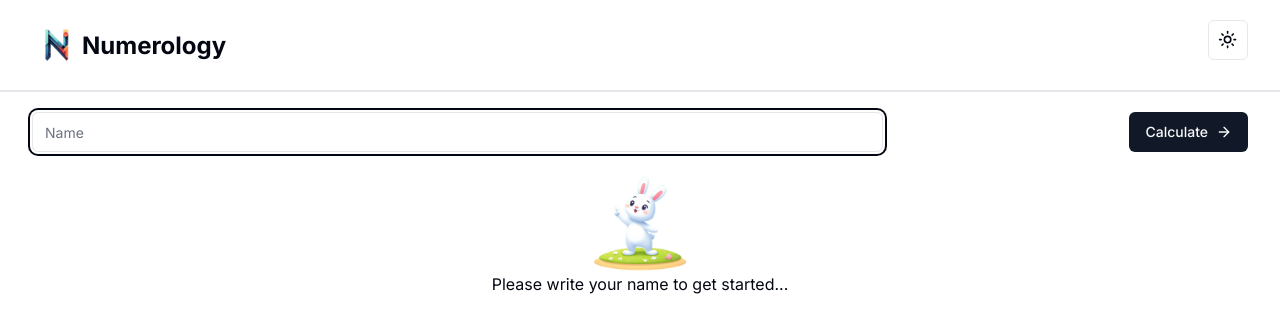
Repository: RaghunadhSahitDruvam/mynumerology
Page: /
These files come from the project's save history. The page is drawn as it stood at one moment and after the next save; the edit follows.
The browser window is 1280 px wide. The pictures show the whole page.
The page's requests for data from a server got no answer. The project was rebuilt for these pictures with package versions that can differ from the ones it lists, and the page was loaded fresh each time. The framework's server and built-in components were replaced by stand-ins that run in the browser. No one was signed in, and anything a server would have sent is missing. Also part of the build but not shown: next.config.js.

Above is the page before, as saved 2023-12-19 16:12:40.

After the next save:
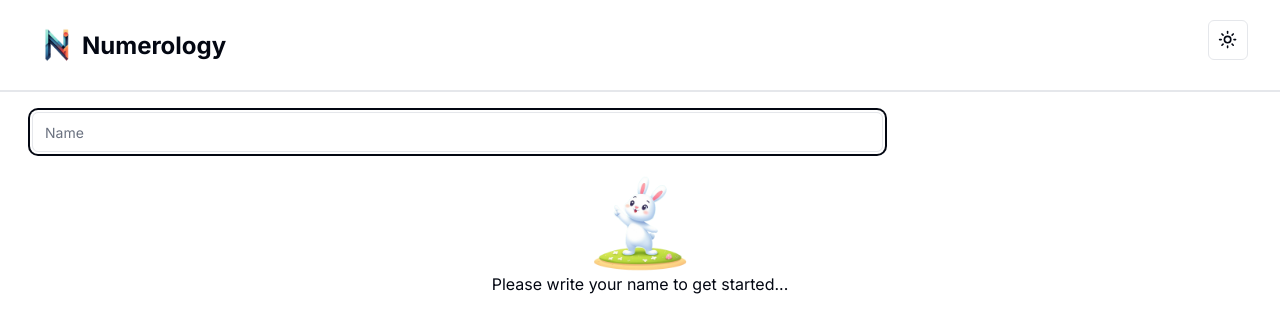
Saved 2 min 34 s later.
--- a/app/page.tsx
+++ b/app/page.tsx
@@ -40,14 +40,14 @@
   useEffect(() => {
     inputFocusRef.current.focus();
 
-    buttonRef.current.click();
+    // buttonRef.current.click();
   }, []);
-  const submitHandler = (e: React.FormEvent<HTMLFormElement>) => {
-    e.preventDefault();
-    axios
-      .get(`https://phinzi.com/convert?name=${textName}`)
-      .then((res) => setDataSource(res.data));
-  };
+  // const submitHandler = (e: React.FormEvent<HTMLFormElement>) => {
+  // e.preventDefault();
+  axios
+    .get(`https://phinzi.com/convert?name=${textName}`)
+    .then((res) => setDataSource(res.data));
+  // };
 
   const updateURL = (newTextName: string) => {
     // Update the URL without a page reload
@@ -59,9 +59,9 @@
       <Header />
 
       <div>
-        <form
+        <div
           className="container gap flex justify-between"
-          onSubmit={(e) => submitHandler(e)}
+          // onSubmit={(e) => submitHandler(e)}
         >
           <Input
             type="text"
@@ -75,10 +75,10 @@
               updateURL(newValue); // Update the URL when input changes
             }}
           />
-          <Button type="submit" ref={buttonRef}>
+          {/* <Button type="submit" ref={buttonRef}>
             Calculate <ArrowRight className="ml-2 h-4 w-4" />
-          </Button>
-        </form>
+          </Button> */}
+        </div>
       </div>
       {dataSource ? (
         <>
